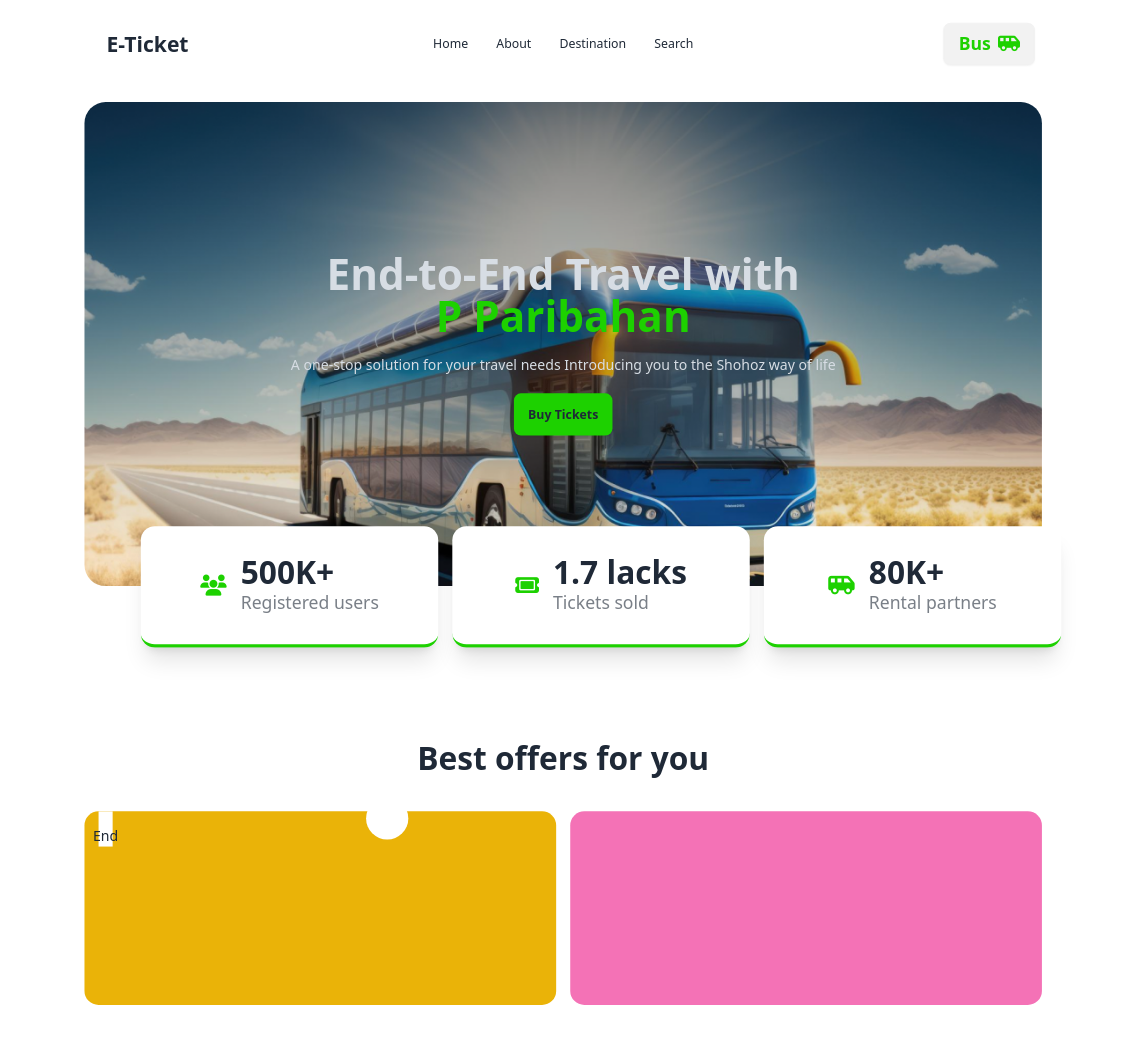
Repository: RudrasahaDibos/Smart-ticketing
Page: index.html
The author's editor kept a copy of each file at every save. The page is drawn from the files as they stood at one save, then again after the next save.
The browser window is 1280 px wide. The pictures show the whole page, at 88% of full size.
Some web fonts or font styles are not loaded; a fallback is used. Some web libraries are served in a nearby version.

Above is the page before, as saved 2024-11-10 01:23:44.

After the next save:
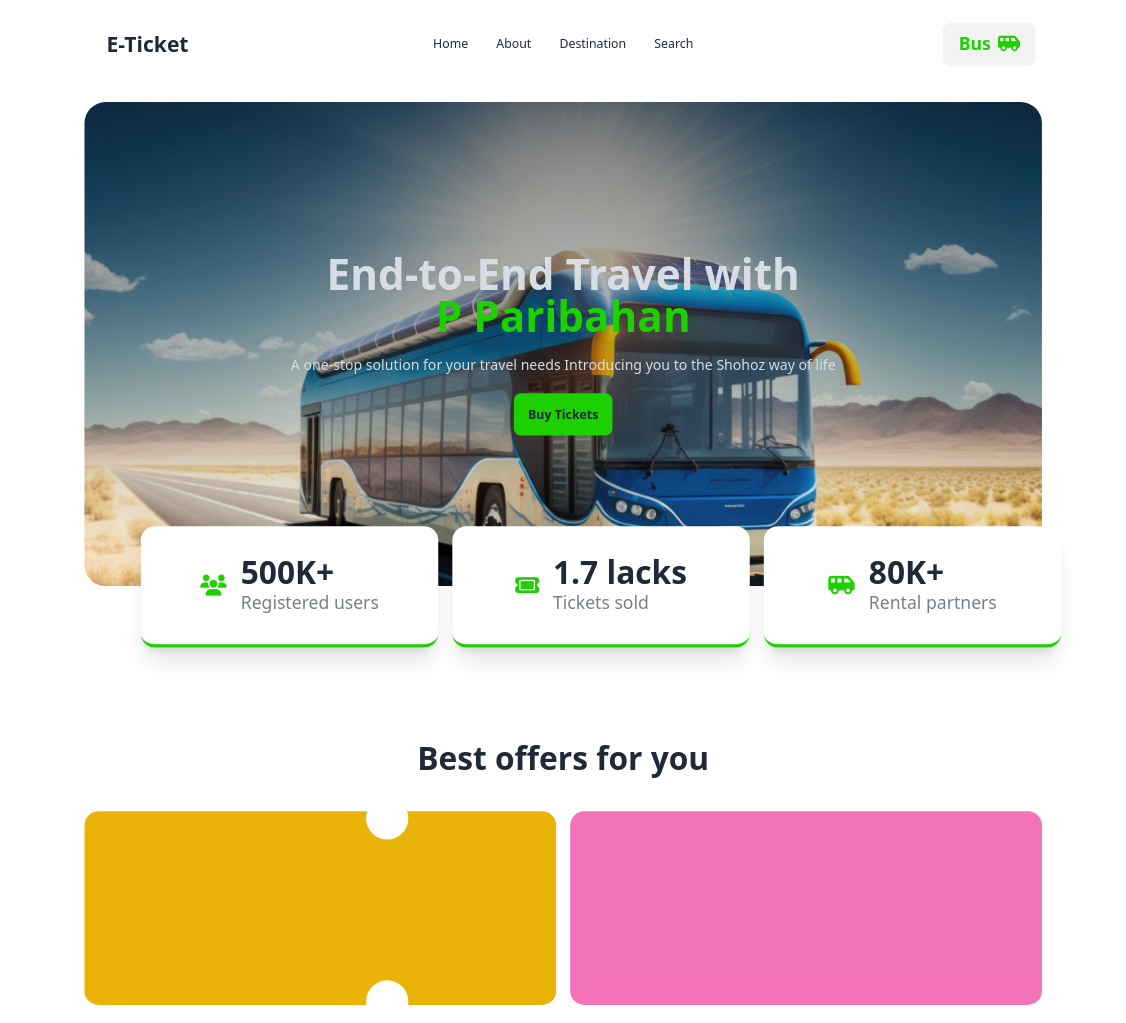
Saved 10 s later.
--- a/index.html
+++ b/index.html
@@ -159,7 +159,7 @@
                                                <p class="bg-white w-[48px] h-[48px] absolute mx-auto rounded-full ml-80 -mt-4  "></p>
 
 
-                                                <div class="divider divider-horizontal divider-end bg-white">End</div>
+
 
                                                <p class="bg-white w-[48px] h-[48px] absolute mx-auto rounded-full ml-80 mt-48  "></p>
                                     </div>
